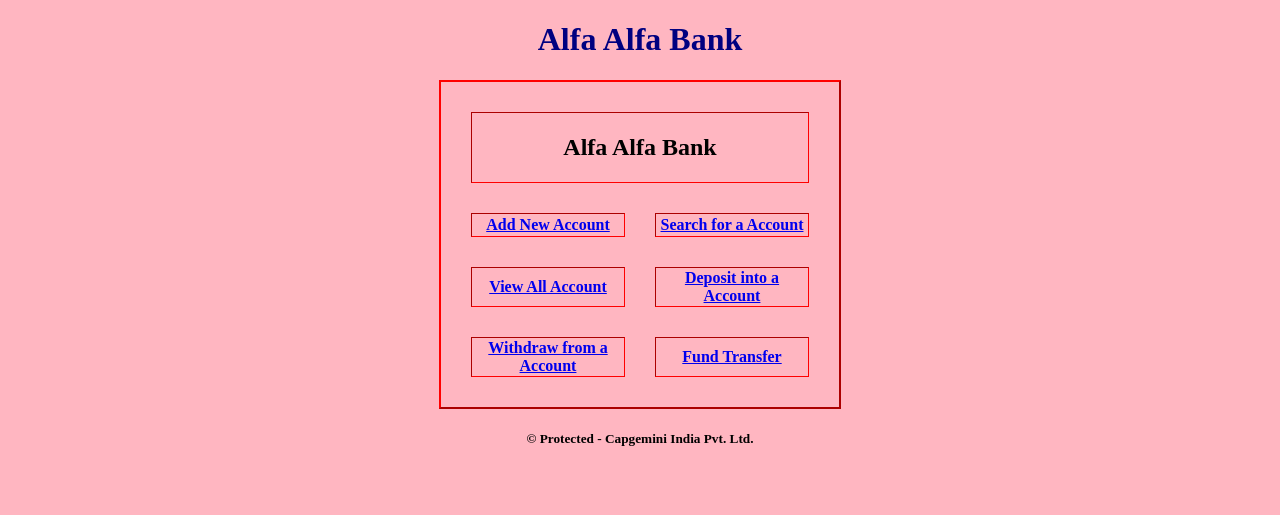
Repository: Rccalfa123/OnlineBankingApp
Page: http://localhost/AlfaAlfaBankApp/home.jsp
These files come from the project's save history. The page is drawn as it stood at one moment and after the next save; the edit follows.
The browser window is 1280 px wide. The pictures show the whole page.
The page is served by Tomcat 9.

Above is the page before, as saved 2018-08-10 11:00:24.

After the next save:
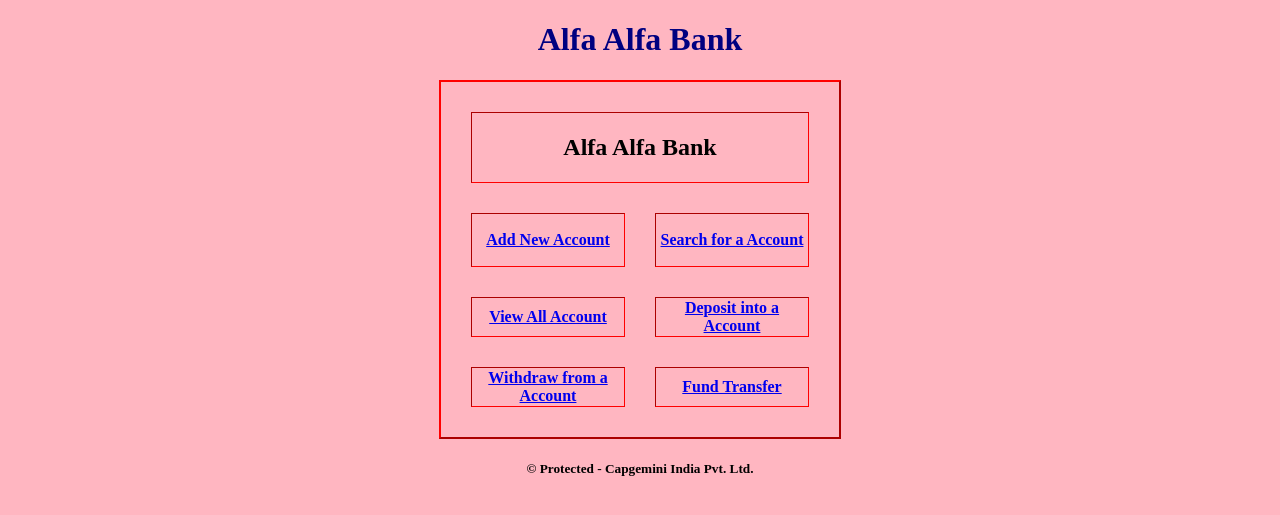
Saved 26 s later.
--- a/AlfaAlfaBankApp/WebContent/home.jsp
+++ b/AlfaAlfaBankApp/WebContent/home.jsp
@@ -21,7 +21,7 @@
 				</tr>
 
 				<tr>
-					<th height="20" width="150"> <a href = "addNewAccount.jsp"> Add New Account</a> </th>
+					<th height="50" width="150"> <a href = "addNewAccount.jsp"> Add New Account</a> </th>
 					<th height="20" width="150"><a href = "searchAccount.jsp"> Search for a Account</a></th>
 				</tr>
 
